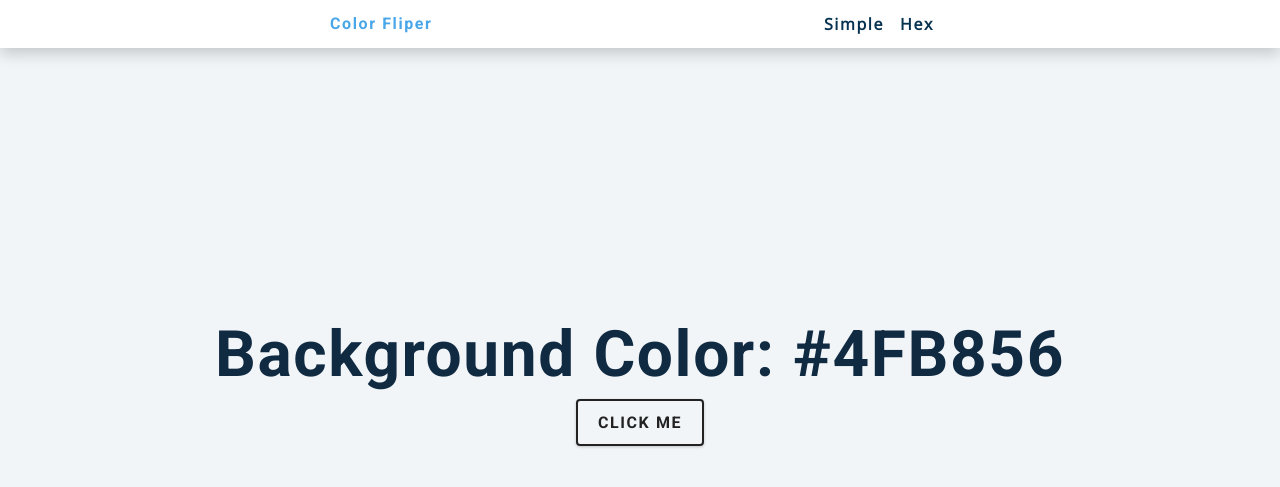
Repository: hseunghwan/practice-vanilla-javascript
Page: index.html
These files come from the project's save history. The page is drawn as it stood at one moment and after the next save; the edit follows.
The browser window is 1280 px wide. The pictures show the whole page.
After loading, the first visible `#btn` was clicked once.

Above is the page before, as saved 2023-05-08 22:51:35.

After the next save:
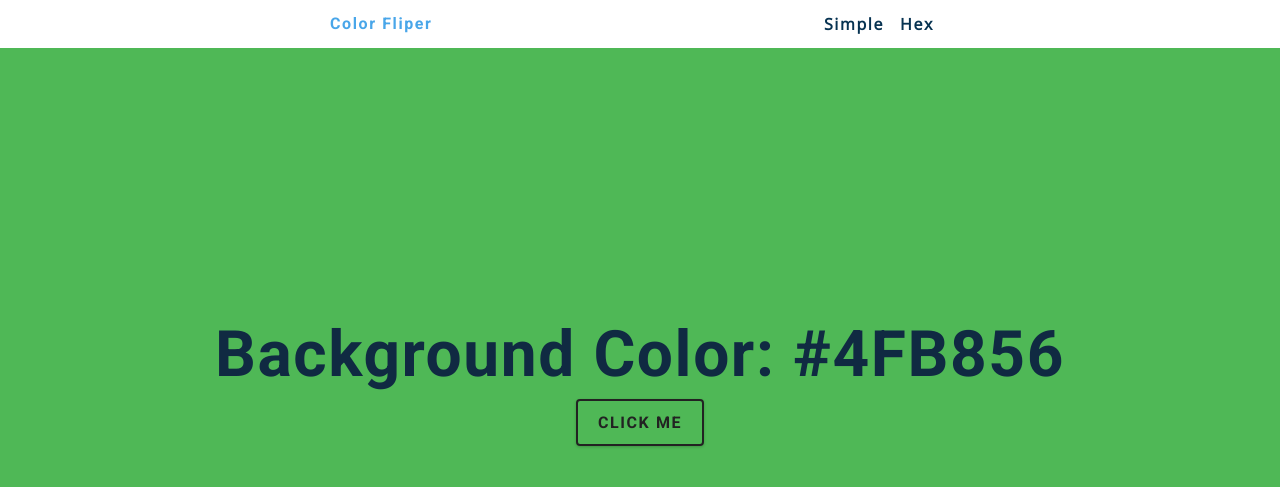
Saved 41 s later.
--- a/app.js
+++ b/app.js
@@ -3,12 +3,14 @@ window.onload = () => {
 
     const button = document.getElementById("btn");
     const span = document.getElementById("hexcolor");
+    const main = document.getElementById("main");
     button.addEventListener("click", () => {
         let color = "#";
         for (let i = 0; i < 6; i++) {
             color += getrandnum();
         }
         span.innerText = color;
+        main.style.backgroundColor = color;
     });
 
     const getrandnum = () => {
